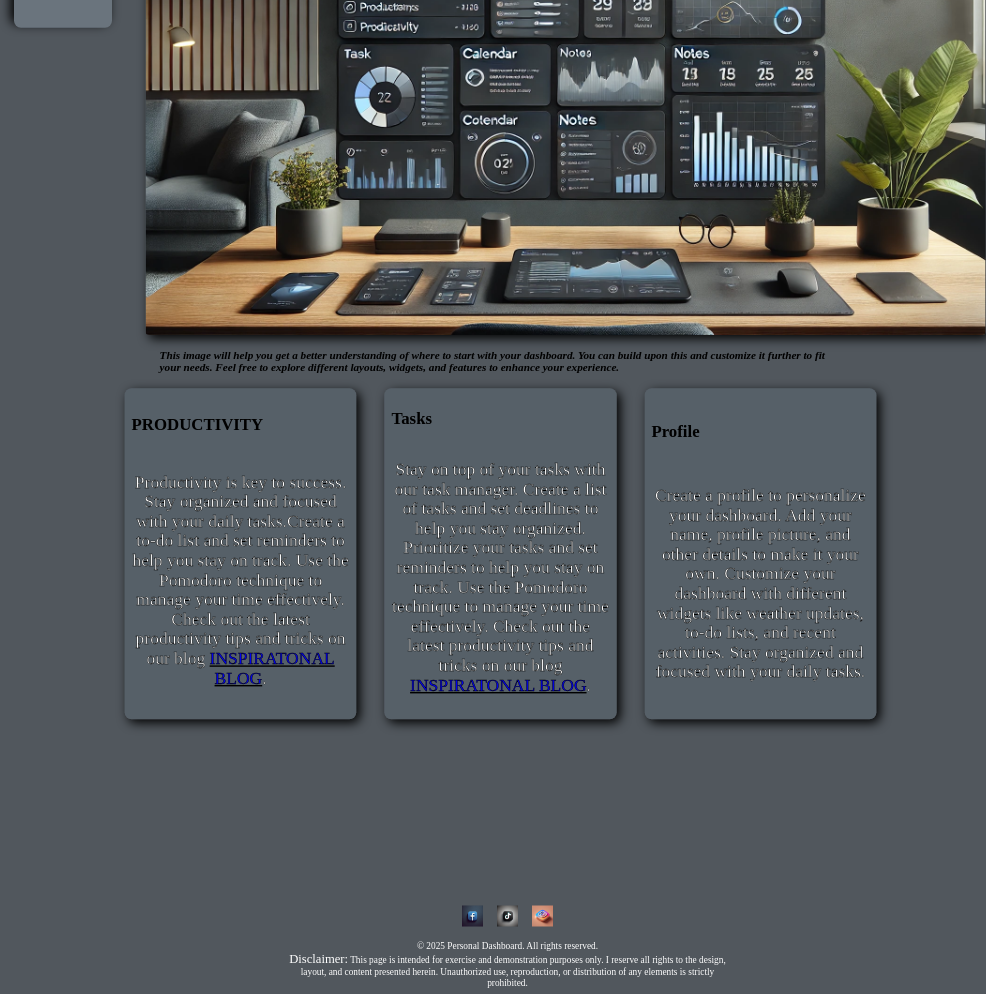
Repository: Parnicoza/testecomplete
Page: testcomplet-14.html
These files come from the project's save history. The page is drawn as it stood at one moment and after the next save; the edit follows.
The browser window is 1280 px wide. The page is 1408 px wide, so the pictures cover 1408 px, including what lies to the right of the window. The pictures show the part of the page from y = 672 to 2392 px (the page is 2092 px tall before and 2392 px after), at 70% of full size.

Above is the page before, as saved 2025-03-03 13:21:28.

### testcomplet-14.html
<!DOCTYPE html>
<html lang="en">

<head>
    <title>Personal Dashboard</title>
    <link rel="stylesheet" href="stilizaretestcomplet-14.css">
    <link rel="icon" href="imaginitestecomplete/dashboard.ico">
    <meta name="viewport" content="width=device-width, initial-scale=1.0">
</head>

<body>
    <div class="background-for-the-heading" id="Home">
        <h1 class="main-heading">Your Personalized Dashboard</h1>
    </div>

    <div class="thesamebackground">
        <p class="paragraph-gradient">Your personal dashboard keeps everything organized. Access your daily tasks,
            reminders, and quick shortcuts in one place.Customize your dashboard with different widgets like weather
            updates to-do lists, and recent activities</p>
    </div>

    <div class="divimage">
        <figure>
            <img src="imaginitestecomplete/productivity.jpg" alt="productivity image" width="1200" class="image"
                title="Productivity image" usemap="#dashboard-map" id="Tasks">
            <map name="dashboard-map">
                <area shape="rect" coords="341,127,487,280" href="https://blog.productivity.directory/"
                    alt="Productivity blog" target="_blank">
                <area shape="rect" coords="670,134,825,280" href="https://blog.productivity.directory/"
                    alt="Productivity blog" target="_blank">
            </map>
            <figcaption class="figcaption">This image will help you get a better understanding of where to start with
                your dashboard.
                You can build upon this and customize it further to fit your needs.
                Feel free to explore different layouts, widgets, and features to enhance your experience.
            </figcaption>
        </figure>
    </div>

    <div class="Dashboard">
        <div class="sidebar">
            <ul class="list">
                <li><a href="#Home" class="home" title="Press here to go to home page">Home</a></li>
                <li><a href="#Tasks" class="home" title="Click here to go to Tasks">Tasks</a></li>
                <li>Profile</li>
                <li>Settings</li>
            </ul>
        </div>
    </div>

    <div class="BLOCKS">
        <div class="blocks"> <!--Acesta este primul block-->
            <h2 class="headingforblock">Productivity</h2>
            <p class="paragraph-gradient1">Productivity is key to success. Stay organized and focused with your daily
                tasks.Create a to-do list and set reminders to help you stay on track. Use the Pomodoro technique to
                manage your time effectively. Check out the latest productivity tips and tricks on our blog
                <a href="https://blog.productivity.directory/" target="_blank"
                    title="Press here to find more tips and tricks">INSPIRATONAL BLOG</a>.
            </p>
        </div>

        <div class="blocks2"><!--Acesta este al doilea block-->
            <h2 class="heading">Tasks</h2>
            <p class="paragraph-gradient1">Stay on top of your tasks with our task manager. Create a list of tasks and
                set deadlines to help you stay organized. Prioritize your tasks and set reminders to help you stay on
                track. Use the Pomodoro technique to manage your time effectively. Check out the latest productivity
                tips and tricks on our blog
                <a href="https://blog.productivity.directory/" target="_blank"
                    title="Press here to find more tips and tricks">INSPIRATONAL BLOG</a>.
            </p>
        </div>

        <div class="blocks3"><!--Acesta este al treilea block-->
            <h2 class="heading">Profile</h2>
            <p class="paragraph-gradient1">Create a profile to personalize your dashboard. Add your name, profile
                picture,
                and other details to make it your own. Customize your dashboard with different widgets like weather
                updates, to-do lists, and recent activities. Stay organized and focused with your daily tasks.
            </p>

        </div>
    </div>

    <div class="footer">
        <footer>
            <div class="social-media">
                <ul class="ul">
                    <li><a href="https://www.facebook.com/parnica.abaza.5" target="_blank" title="Join my Facebook"><img
                                src="imaginitestecomplete/facebook.jpg" height="30px"></a></li>
                    <li><a href="https://www.tiktok.com/@parnicaabaza4?lang=en" target="_blank"
                            title="Join my Tiktok"><img src="imaginitestecomplete/tiktok.jpg" alt="Tiktok social-media"
                                height="30px"></a></li>
                    <li><a href="https://www.instagram.com/parnicaabaza1/" target="_blank"
                            title="Join my Instagram"><img src="imaginitestecomplete/instagram.jpg"
                                alt="Instagram social-media" height="30px"></a></li>
                </ul>
            </div>
            <p class="footer-text">© 2025 Personal Dashboard. All rights reserved.</p>
            <p class="footer-text"><span class="Disclaimer">Disclaimer:</span> This page is intended for exercise and
                demonstration purposes only. I reserve all rights to the design, layout, and content presented herein.
                Unauthorized use, reproduction, or distribution of any elements is strictly prohibited.</p>
        </footer>
    </div>
</body>

</html>

### stilizaretestcomplet-14.css
body{
    background-color:#51575D;
}

.main-heading{
    text-align: center;
    text-transform: uppercase;
    text-shadow: 15px 15px 15px black;
    font-size: 3.5em;
    color: black;
}

.background-for-the-heading{
    background: linear-gradient(to right, #5B6770, #9CAEBF);
    margin: 20px;
    padding: 5px;
    border-radius: 10px;
    margin-left: 170px;
}

.thesamebackground{
    background-color: rgba(91, 103, 112, 0.6) ;
    margin-left: 170px;
    margin-top: 50px;
    text-align: center;
    padding: 10px;
    border-radius: 10px;
    box-shadow: 5px 5px 15px black;
    margin-right: 20px;
}

.paragraph-gradient{
    color: #ffff;
    font-size: 2em;
    -webkit-text-stroke: 0.7px black;
    text-align: center;
}

.quote{
    border: 1px dotted black;
    padding: 10px;
    margin-left: 150px;
}

.divider{
    border: none;
    height: 4px;
    background-color: lightgray;
    border: 3px dotted black;
    margin: 14px;
    margin-left: 150px;
}

.image{
    border-radius: 5px;
    box-shadow: 5px 5px 15px black;
    display: block;
    margin: 0 auto;
}

.picture{
    margin-left: 160px;
}

.Dashboard{
    display: flex;
}

.sidebar{
    display: flex;
    flex-direction: column;
   width: 140px;
   position: fixed;
   left: 0;
   top: 0;
   height: 96vh;
   justify-content: center;
   margin: 20px;
   background-color: #6A747D;
    border-radius: 10px;
    box-shadow: -5px -5px 15px black;

}

.list{
    list-style-type: none;
    display: flex;
    flex-direction: column;
    gap: 30px;
    padding: 0;
    margin-left: 10px;
}

.container{
    margin-left: 160px;
}

.divimage{
    display: block;
    margin-left: 160px;
    margin-top: 50px;

}

.figcaption{
    font-style: italic;
    font-weight: bold;
    margin: 20px;
}

.home{
    color: black;
}

.BLOCKS{
    display: flex;
    flex-direction: row;
    justify-content: space-evenly;
    gap: 20px;
}
.blocks{
    display: flex;
    flex-direction: column;
    justify-content: space-evenly;
    width: 350px;
    margin-left: 170px;
    background-color: rgba(91, 103, 112, 0.6);
    box-shadow: 5px 5px 15px black;
    border-radius: 10px;
    padding: 10px;
    margin-right: 20px;
}

.blocks2{
    display: flex;
    flex-direction: column;
    justify-content: space-evenly;
    width: 350px;
    background-color: rgba(91, 103, 112, 0.6);
    box-shadow: 5px 5px 15px black;
    border-radius: 10px;
    padding: 10px;
    margin-right: 20px;
}

.blocks3{
    display: flex;
    flex-direction: column;
    justify-content: space-evenly;
    width: 350px;
    background-color: rgba(91, 103, 112, 0.6);
    box-shadow: 5px 5px 15px black;
    border-radius: 10px;
    padding: 10px;
    margin-right: 20px;
}
.headingforblock{
    text-align: left;
    text-transform: uppercase;
    font-weight: bold;
    color: black;
    display: flex;
}

.paragraph-gradient1{
    color: #ffff;
    -webkit-text-stroke: 0.6px black;
    font-size: 25px;
    text-align: center;
}

.footer{
    margin-left: 170px;
}

.social-media{
    display: flex;
    flex-direction: row;
    justify-content: space-evenly;
    gap: 20px;
    margin-top: 250px;
}
.ul{
    list-style-type: none;
    display: flex;
    flex-direction: row;
    gap: 20px;
    padding: 0;
}

.footer-text{
    color: white;
    font-size: smaller;
    text-align: center;
    margin: 0 auto;
    width: 650px;
}

.Disclaimer{
    color: white;
    font-size: large;
}

.widgets {
    text-align: center; /* Center the container's content if desired */
  }

  .widget {
    display: inline-block;  /* Makes the divs sit next to each other */
    width: 250px;           /* Fixed width for each widget */
    height: 250px;          /* Fixed height for each widget */
    margin: 10px;           /* Space between widgets */
    border-radius: 10px;    /* Rounded corners */
    vertical-align: top;    /* Aligns them at the top */
    padding: 15px;          /* Internal spacing */
    box-shadow: 2px 2px 10px rgba(0, 0, 0, 0.2);  /* Optional: adds a subtle shadow */
  }

  /* Specific background colors for each widget */
  .widget-weather {
    background-color: #ADD8E6; /* Light blue */
  }

  .widget-todo {
    background-color: #90EE90; /* Light green */
  }

  .widget-notes {
    background-color: #FFFFE0; /* Light yellow */
  }

After the next save:
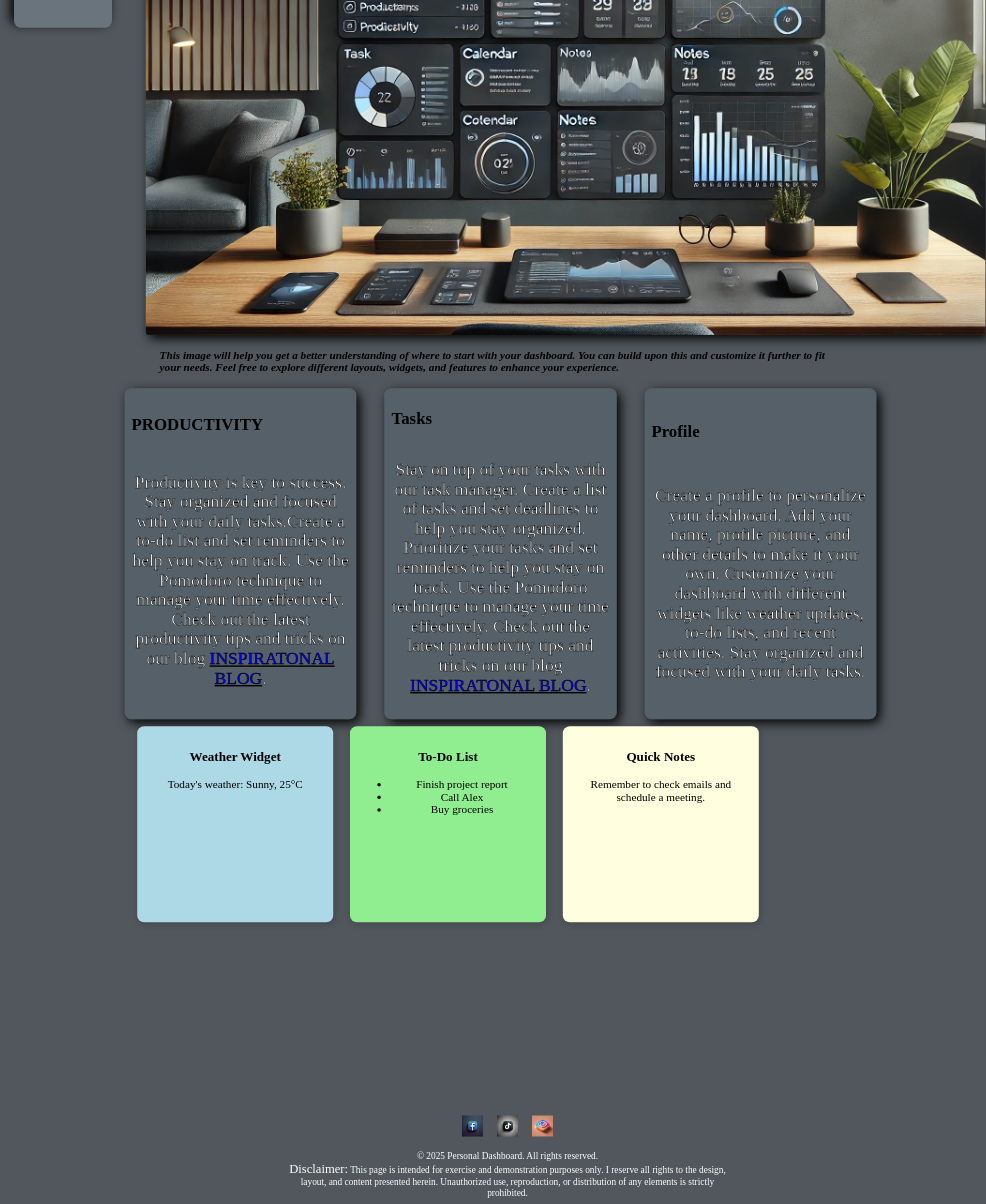
Saved 1 s later.
--- a/testcomplet-14.html
+++ b/testcomplet-14.html
@@ -81,6 +81,25 @@
         </div>
     </div>
 
+    <div class="widgets">
+        <div class="widget widget-weather">
+          <h3>Weather Widget</h3>
+          <p>Today's weather: Sunny, 25°C</p>
+        </div>
+        <div class="widget widget-todo">
+          <h3>To-Do List</h3>
+          <ul>
+            <li>Finish project report</li>
+            <li>Call Alex</li>
+            <li>Buy groceries</li>
+          </ul>
+        </div>
+        <div class="widget widget-notes">
+          <h3>Quick Notes</h3>
+          <p>Remember to check emails and schedule a meeting.</p>
+        </div>
+      </div>
+
     <div class="footer">
         <footer>
             <div class="social-media">

After the save that followed:
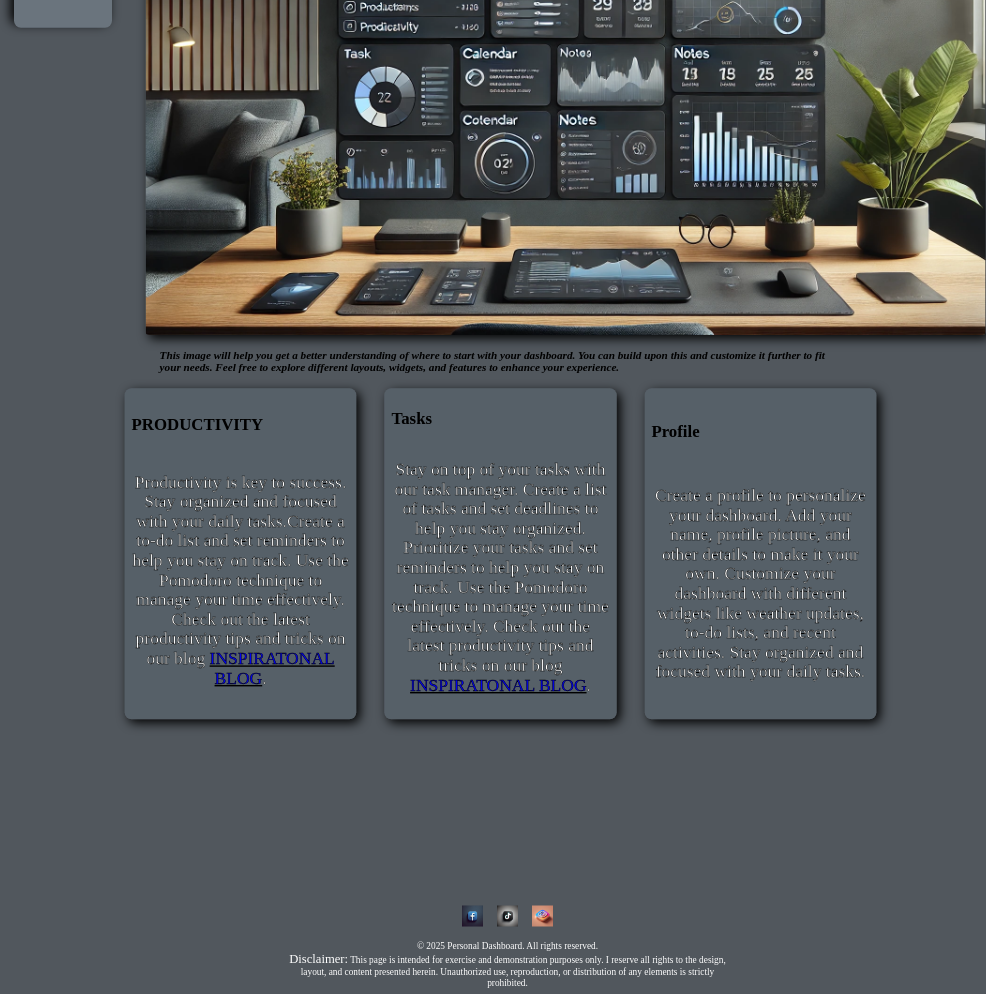
Saved 75 s later.
--- a/testcomplet-14.html
+++ b/testcomplet-14.html
@@ -81,25 +81,6 @@
         </div>
     </div>
 
-    <div class="widgets">
-        <div class="widget widget-weather">
-          <h3>Weather Widget</h3>
-          <p>Today's weather: Sunny, 25°C</p>
-        </div>
-        <div class="widget widget-todo">
-          <h3>To-Do List</h3>
-          <ul>
-            <li>Finish project report</li>
-            <li>Call Alex</li>
-            <li>Buy groceries</li>
-          </ul>
-        </div>
-        <div class="widget widget-notes">
-          <h3>Quick Notes</h3>
-          <p>Remember to check emails and schedule a meeting.</p>
-        </div>
-      </div>
-
     <div class="footer">
         <footer>
             <div class="social-media">
